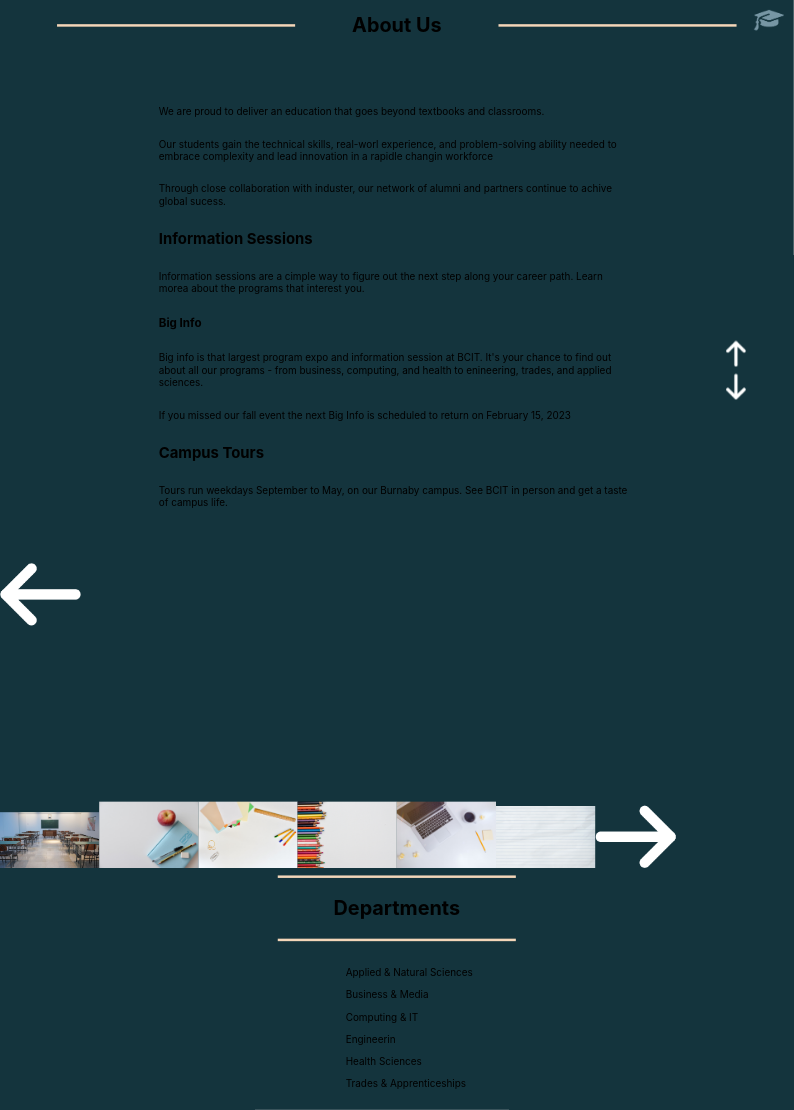
Repository: SaraShio/A01314209_Sara_Shiojima
Page: /about
An editor plug-in stored every save of this project. The page is shown before and after the next save, followed by the edit.
The browser window is 1280 px wide. The pictures show the whole page, at 62% of full size.
The project was rebuilt for these pictures with package versions that can differ from the ones it lists, and the page was loaded fresh each time. The framework's server and built-in components were replaced by stand-ins that run in the browser. Also part of the build but not shown: next.config.js.

Above is the page before, as saved 2023-02-08 22:37:36.

After the next save:
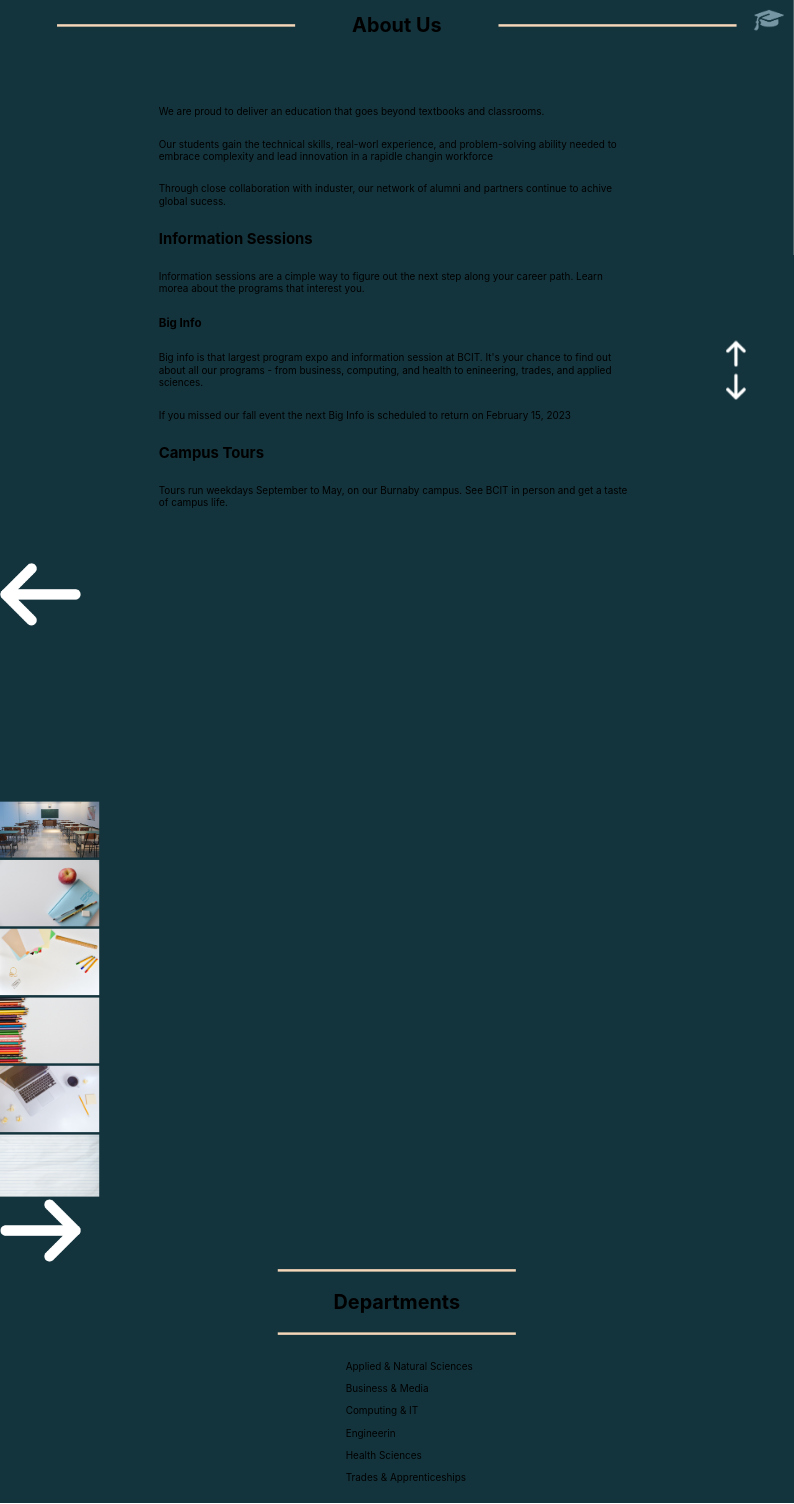
Saved 5 s later.
--- a/pages/about.js
+++ b/pages/about.js
@@ -40,7 +40,7 @@
                     <div><p>Tours run weekdays September to May, on our Burnaby campus. See BCIT in person and get a taste of campus life.</p></div>
                 </div>
 
-                <div className=''>
+                <div className={styles.carousel}>
                     <img src={'icons/leftArrow.png'} />
                     <img id="carouselImage" className={styles.carouselImage} />
                     <img className={styles.carousel} src={"carousel-images/0.jpg"} />
